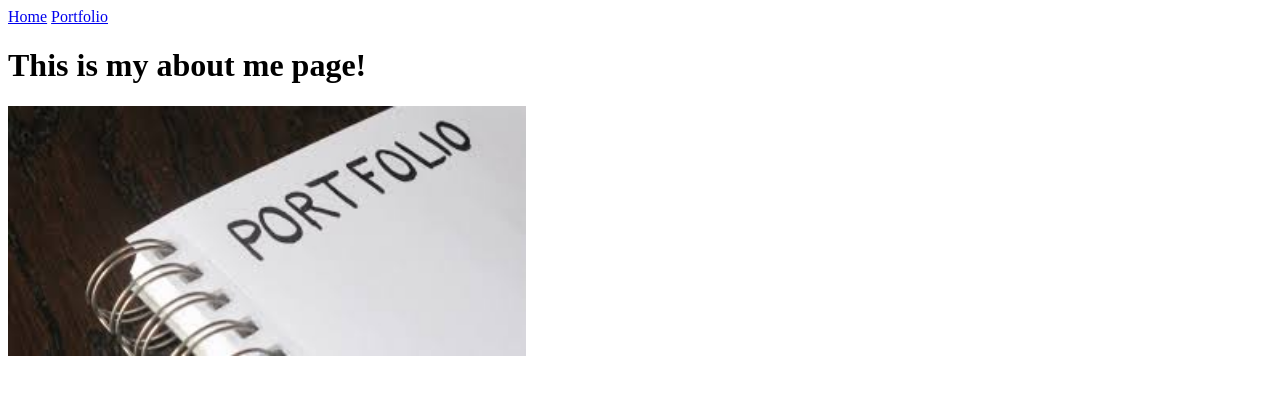
Repository: Smeef14/Smeef14.github.io
Page: my_website/aboutme.html
The author's editor kept a record of every edit. The page is drawn from the files as they stood at one moment, then again after the next edit.
The browser window is 1280 px wide. The pictures show the whole page.

Above is the page before.

After the next edit:
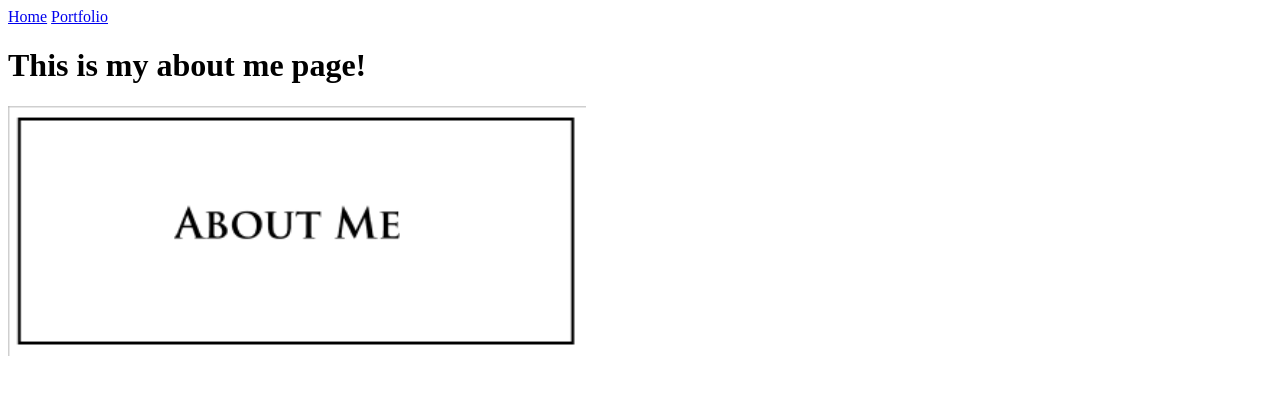
The edit:
--- a/my_website/aboutme.html
+++ b/my_website/aboutme.html
@@ -8,7 +8,7 @@
     <a href="index.html">Home</a>
     <a href="aboutme.html">Portfolio</a>
     <h1>This is my about me page!</h1>
-    <img src="images/portfolio.jpg" height="250">
+    <img src="images/aboutme.png" height="250">
     <br>
     <a target="_blank" href="https://scratch.mit.edu">
 
